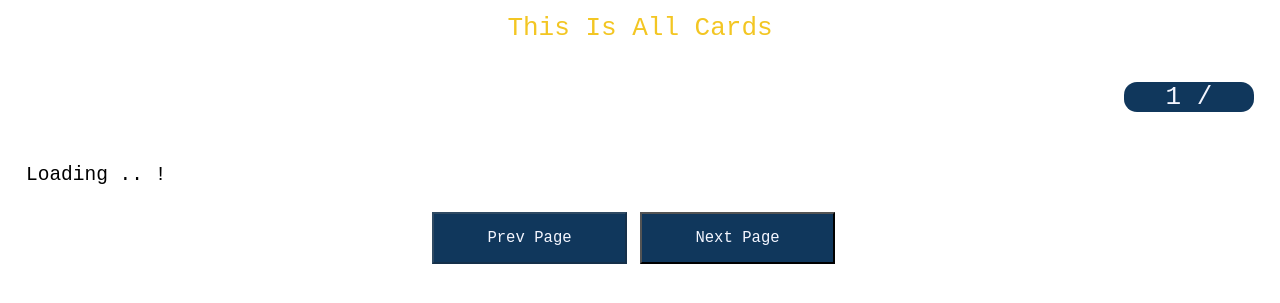
Repository: rehamtaher10/reactQueryTask
Page: /
These files come from the project's save history. The page is drawn as it stood at one moment and after the next save; the edit follows.
The browser window is 1280 px wide. The pictures show the whole page.
The page's requests for data from a server got no answer. The project was rebuilt for these pictures with package versions that can differ from the ones it lists, and the page was loaded fresh each time. No one was signed in, and anything a server would have sent is missing. Also part of the build but not shown: vite.config.js.

Above is the page before, as saved 2024-12-07 20:29:21.

After the next save:
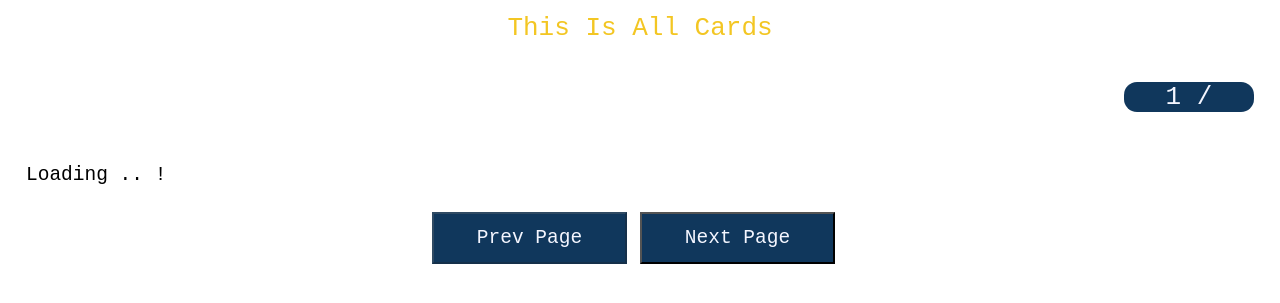
Saved 7 s later.
--- a/src/style/app.css
+++ b/src/style/app.css
@@ -73,5 +73,5 @@ h1{
     margin-right: 1rem;
     width: 15rem;
     height: 4rem;
-    font-size: 1.2rem;
+    font-size: 1.5rem;
 }
